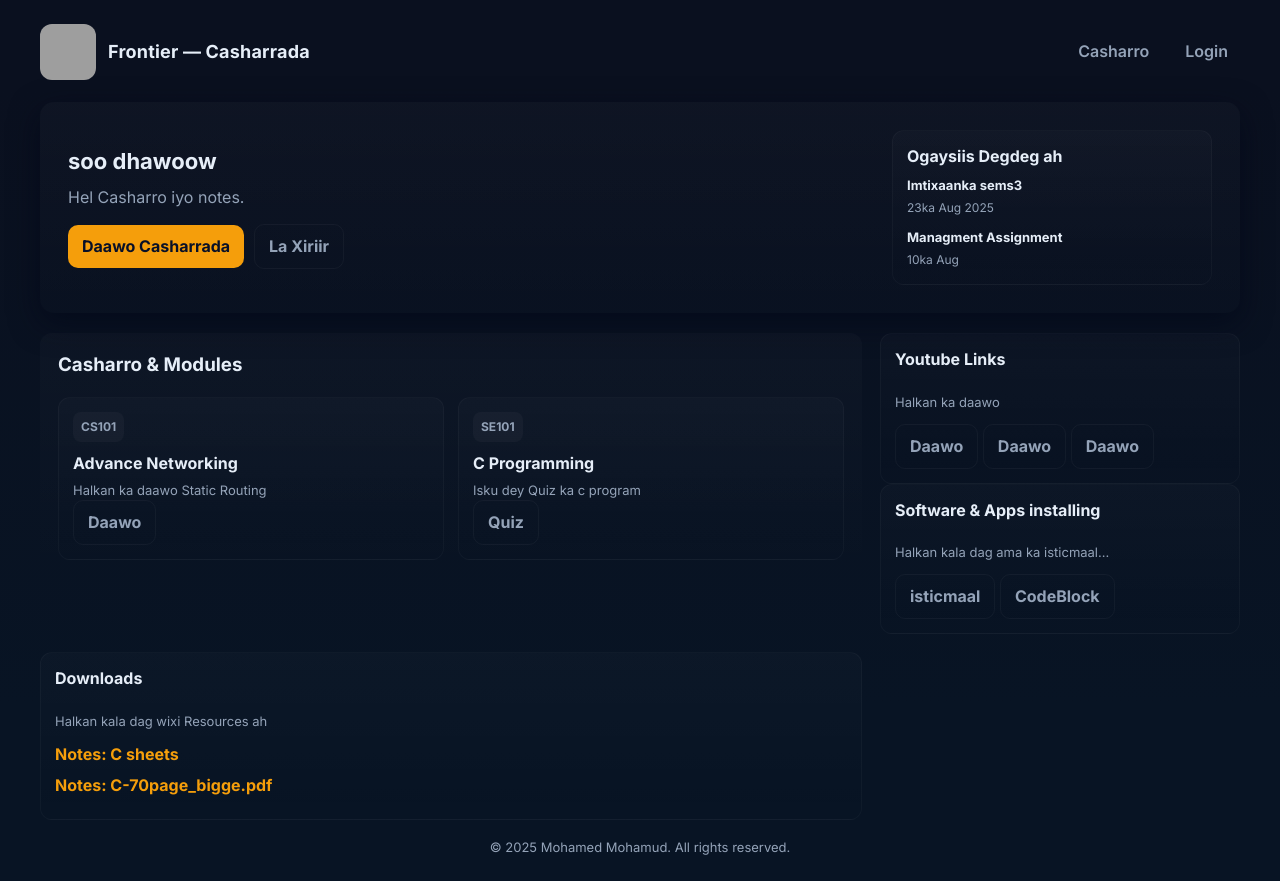
Repository: mrfiiqane/Al-Tacaawun.com
Page: index.html
An editor plug-in stored every save of this project. The page is shown before and after the next save, followed by the edit.
The browser window is 1280 px wide. The pictures show the whole page.
Pictures or frames that could not be fetched are drawn as grey boxes.

Above is the page before, as saved 2025-08-12 08:55:29.

### index.html
<!doctype html>
<html lang="en">
<head>
  <meta charset="utf-8" />
  <meta name="viewport" content="width=device-width,initial-scale=1" />
  <title>Jaamacadda — Casharrada</title>
  <link rel="stylesheet" href="./style.css">

  <!-- Google Font (optional) -->
  <link href="https://fonts.googleapis.com/css2?family=Inter:wght@300;400;600;700&display=swap" rel="stylesheet">

</head>
<body>
  <div class="wrap">

    <header>
      <div class="brand">
        <div class="logo"></div>
        <div>
          <h1 class="site-title">Frontier — Casharrada</h1>
        </div>
      </div>

      <nav aria-label="Primary">
        <a href="#courses">Casharro</a>
        <a href="./Singin.html">Login</a>
      </nav>
    </header>

    <section class="hero">
      <div class="hero-left">

        <h2>soo dhawoow</h2>
        <p>Hel Casharro iyo notes.</p>

        <div class="cta-row">
          <a class="btn" href="#courses">Daawo Casharrada</a>
          <a class="btn secondary" href="#contact">La Xiriir</a>
        </div>
      </div>

      <div class="hero-right card">
        <h4 style="margin:0 0 8px 0">Ogaysiis Degdeg ah</h4>
        <ul class="ann-list">
          <li class="ann"><div><b>Imtixaanka sems3</b><small> 23ka Aug 2025</small></div></li>
          <li class="ann"><div><b>Managment Assignment</b><small> 10ka Aug</small></div></li>
        </ul>
      </div>
    </section>

    <div class="grid">
      <main>
        <!-- Courses -->
        <div id="courses" class="section">
          <h3 style="margin-top:0">Casharro & Modules</h3>
          <div class="courses">
            <article class="course">
              <span class="code">CS101</span>
              <h3>Advance Networking</h3>
              <p>Halkan ka daawo Static Routing</p>
              <a class="btn secondary" href="https://youtu.be/i_kWL7zncr0?si=UCBDJ3CswC6rXT9E" >Daawo</a>
            </article>
            <article class="course">
              <span class="code">SE101</span>
              <h3>C Programming</h3>
              <p>Isku dey Quiz ka c program</p>
              <a class="btn secondary" href="https://quiz-with-c.vercel.app/" >Quiz</a>
            </article>



          </div>
        </div>



      </main>

      <!-- Sidebar -->
      <aside>
        <div class="card">
          <h4 style="margin-top:0">Youtube Links</h4>
          <p class="site-sub">Halkan ka daawo</p>
          <ul style="margin:12px 0 0 0; padding:0; list-style:none;">
            <a class="btn secondary" href="https://youtu.be/eYBJgoVVvV4" >Daawo</a>
            <a class="btn secondary" href="https://youtu.be/OuTGAZUUJFI" >Daawo</a>
            <a class="btn secondary" href="https://youtu.be/sqkx3KoNXKo" >Daawo</a>
          </ul>
        </div>
        <div class="card">
          <h4 style="margin-top:0">Software & Apps installing</h4>
          <p class="site-sub">Halkan kala dag ama ka isticmaal...</p>
          <ul style="margin:12px 0 0 0; padding:0; list-style:none;">
            <a class="btn secondary" href="https://www.programiz.com/c-programming/online-compiler/" >isticmaal</a>
            <a class="btn secondary" href="https://sourceforge.net/projects/codeblocks/files/Binaries/25.03/Windows/codeblocks-25.03mingw-setup.exe/download" >CodeBlock</a>

          </ul>
        </div>

      </aside>
      <aside>
        <div class="card">
          <h4 style="margin-top:0">Downloads</h4>
          <p class="site-sub">Halkan kala dag wixi Resources ah</p>
          <ul style="margin:12px 0 0 0; padding:0; list-style:none;">
            <li style="margin-bottom:8px"><a href="./images/cheat_sheet_c.pdf" download="" style="color:var(--accent); text-decoration:none; font-weight:700">Notes: C sheets</a></li>
            <li style="margin-bottom:8px"><a href="./images/C-70page-begginers.pdf" download="" style="color:var(--accent); text-decoration:none; font-weight:700">Notes: C-70page_bigge.pdf</a></li>
          </ul>
        </div>

      </aside>
    </div>

    <footer>
      © <span id="year"></span> 2025 Mohamed Mohamud. All rights reserved.
    </footer>

  </div>

</body>
</html>

### style.css
:root{
      --bg:#0f1724;
      --card:#0b1220;
      --accent:#F59E0B;
      --muted:#94a3b8;
      --glass: rgba(255,255,255,0.04);
      --radius:14px;
      --maxw:1200px;
      font-family: "Inter", system-ui, -apple-system, "Segoe UI", Roboto, "Helvetica Neue", Arial;
    }
    *{box-sizing:border-box}
    html,body{
      height:80%
      width:80%
    }
    body{
      margin:0;
      background: linear-gradient(180deg,#0a101f 10%, #081424 80%);
      color:#e6eef8;
      -webkit-font-smoothing:antialiased;
      -moz-osx-font-smoothing:grayscale;  /* //waa maxay */
      line-height:1.45;
      padding:24px;
      display:flex;
      justify-content:center;
    }
    .wrap{
      width:100%;
      max-width:var(--maxw);

    }

    /* Header */
    header{
      display:flex;
      align-items:center;
      justify-content:space-between;
      gap:16px;
      margin-bottom:22px;
    }
    .brand{
      display:flex;
      align-items:center;
      gap:12px;
    }
    .logo{
      background-image: url('https://encrypted-tbn0.gstatic.com/images?q=tbn:ANd9GcTuMOF6fEdt8Zlo2HOTVPE4MufJVdZzyfTKlA&s');
      background-size:cover;
      background-position:center;
      background-repeat:no-repeat;
      width:56px;
      height:56px;
      border-radius:12px;
      display:flex;
      align-items:center;
      justify-content:center;
      font-weight:700;
      font-size:20px;
    }
    h1.site-title{
      margin:0;
      font-size:18px;
      letter-spacing:0.2px;
    }
    p.site-sub{ margin:0; color:var(--muted); font-size:13px }

    nav{
      display:flex;
      gap:12px;
      align-items:center;
    }
    nav a{
      color:var(--muted);
      text-decoration:none;
      font-weight:600;
      padding:8px 12px;
      border-radius:10px;
    }
    nav a:hover{ color:#fff; background:var(--glass) }

    /* Hero */
    .hero{
      background: linear-gradient(180deg, rgba(255,255,255,0.02), transparent);
      border-radius: var(--radius);
      padding:28px;
      display:flex;
      gap:24px;
      align-items:center;
      margin-bottom:20px;
      box-shadow: 0 10px 30px rgba(2,6,23,0.6);
    }
    .hero-left{flex:1}
    .hero-right{ width:320px; min-width:220px }
    .hero h2{ margin:0 0 8px 0; font-size:22px }
    .hero p{ margin:0 0 14px 0; color:var(--muted) }

    .cta-row{ display:flex; gap:10px; align-items:center }
    .btn{
      background:var(--accent);
      color:#081028;
      padding:10px 14px;
      border-radius:10px;
      font-weight:700;
      border:none;
      cursor:pointer;
      text-decoration:none;
      display:inline-block;
    }
    .btn.secondary{
      background:transparent;
      color:var(--muted);
      border:1px solid rgba(255,255,255,0.04);
    }

    /* Grid */
    .grid{
      display:grid;
      gap:18px;
      grid-template-columns: 1fr 360px;
    }

    /* Main content */
    main{ background:transparent }
    .section{
      background: linear-gradient(180deg, rgba(255,255,255,0.02), transparent);
      padding:18px;
      border-radius:12px;
      margin-bottom:16px;
    }

    /* Courses */
    .courses{
      display:grid;
      grid-template-columns: repeat(auto-fit,minmax(230px,1fr));
      gap:14px;
    }
    .course{
      background:linear-gradient(180deg, rgba(255,255,255,0.02), transparent);
      padding:14px;
      border-radius:12px;
      border:1px solid rgba(255,255,255,0.03);
      transition:transform .18s ease, box-shadow .18s ease;
    }
    .course:hover{ transform:translateY(-6px); box-shadow:0 12px 30px rgba(2,6,23,0.6) }
    .code{
      display:inline-block;
      background:rgba(255,255,255,0.03);
      padding:6px 8px;
      border-radius:8px;
      color:var(--muted);
      font-weight:700;
      font-size:12px;
    }
    .course h3{ margin:10px 0 6px 0; font-size:16px }
    .course p{ margin:0; color:var(--muted); font-size:13px }

    /* Sidebar cards */
    .card{
      background: linear-gradient(180deg, rgba(255,255,255,0.02), transparent);
      padding:14px;
      border-radius:12px;
      border:1px solid rgba(255,255,255,0.03);
    }
    .ann-list{ list-style:none; margin:0; padding:0; display:flex; flex-direction:column; gap:10px }
    .ann{
      display:flex; gap:10px; align-items:flex-start;
    }
    .ann b{ display:block; font-size:13px }
    .ann small{ color:var(--muted); font-size:12px }

    footer{
      margin-top:18px; text-align:center; color:var(--muted); font-size:13px;
    }

    /* Responsive */
    @media (max-width:768px){
    header{
      display:block;
      align-items:center;
      justify-content:space-around;
      gap:5px;
      margin-bottom:22px;
    }
    .hero, .grid{
      display: flex;
      flex-direction: column;
    }

    nav{
      gap:5px;
      justify-content: end;
    }
    .btn{
      padding:10px;
    }

    }

After the next save:
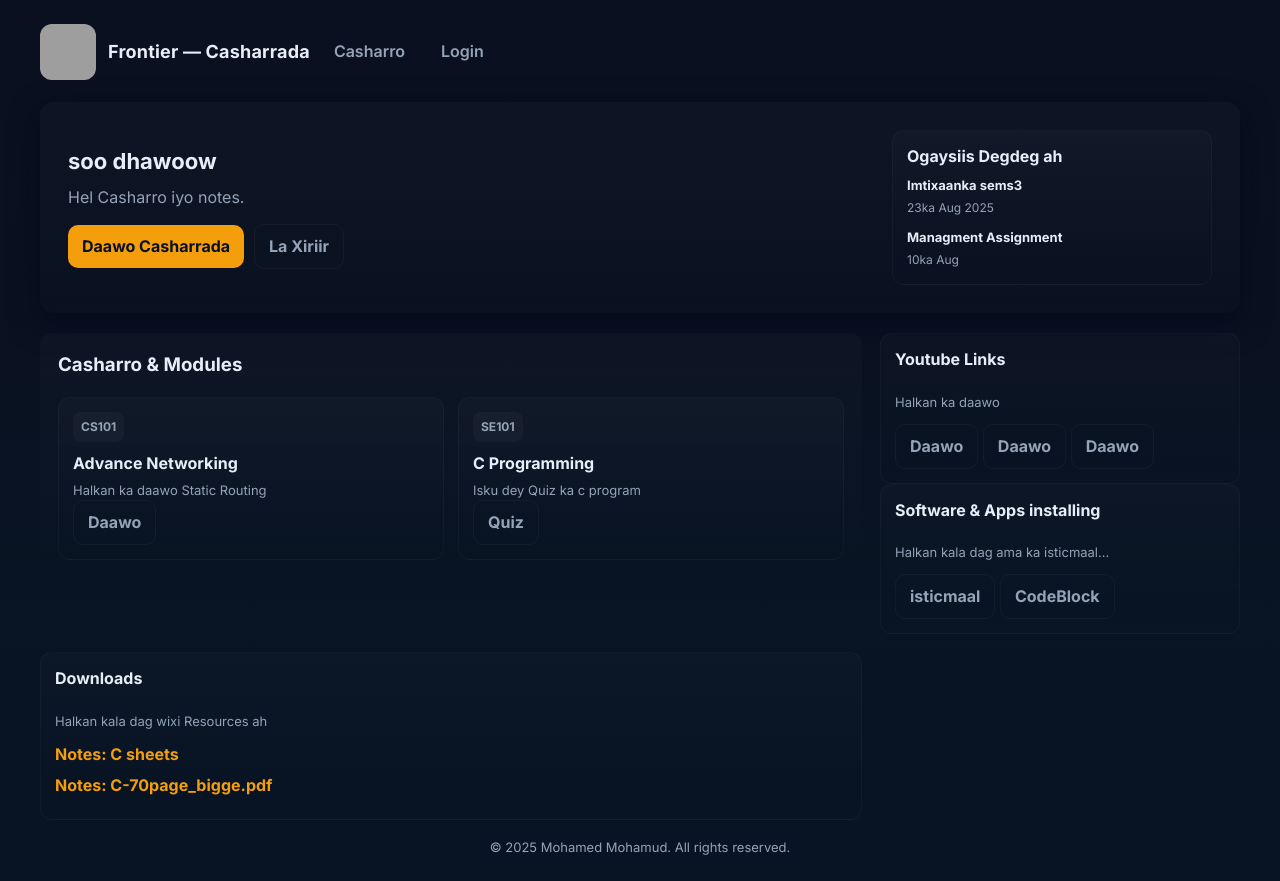
Saved 58 s later.
--- a/index.html
+++ b/index.html
@@ -19,12 +19,13 @@
         <div>
           <h1 class="site-title">Frontier — Casharrada</h1>
         </div>
-      </div>
-
-      <nav aria-label="Primary">
+        <nav aria-label="Primary">
         <a href="#courses">Casharro</a>
         <a href="./Singin.html">Login</a>
       </nav>
+      </div>
+
+
     </header>
 
     <section class="hero">

After the save that followed:
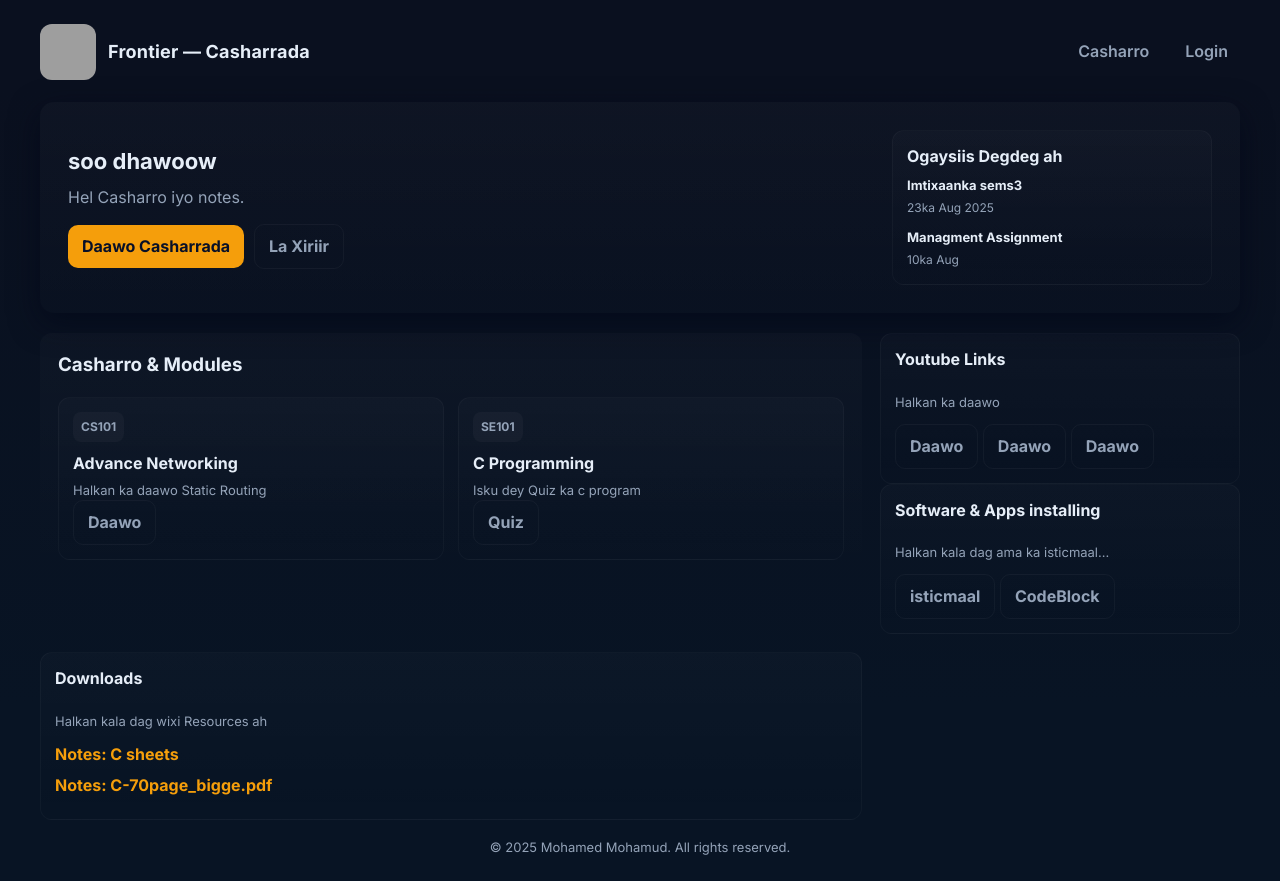
Saved 9 s later.
--- a/index.html
+++ b/index.html
@@ -19,13 +19,12 @@
         <div>
           <h1 class="site-title">Frontier — Casharrada</h1>
         </div>
-        <nav aria-label="Primary">
+      </div>
+
+      <nav aria-label="Primary">
         <a href="#courses">Casharro</a>
         <a href="./Singin.html">Login</a>
       </nav>
-      </div>
-
-
     </header>
 
     <section class="hero">
